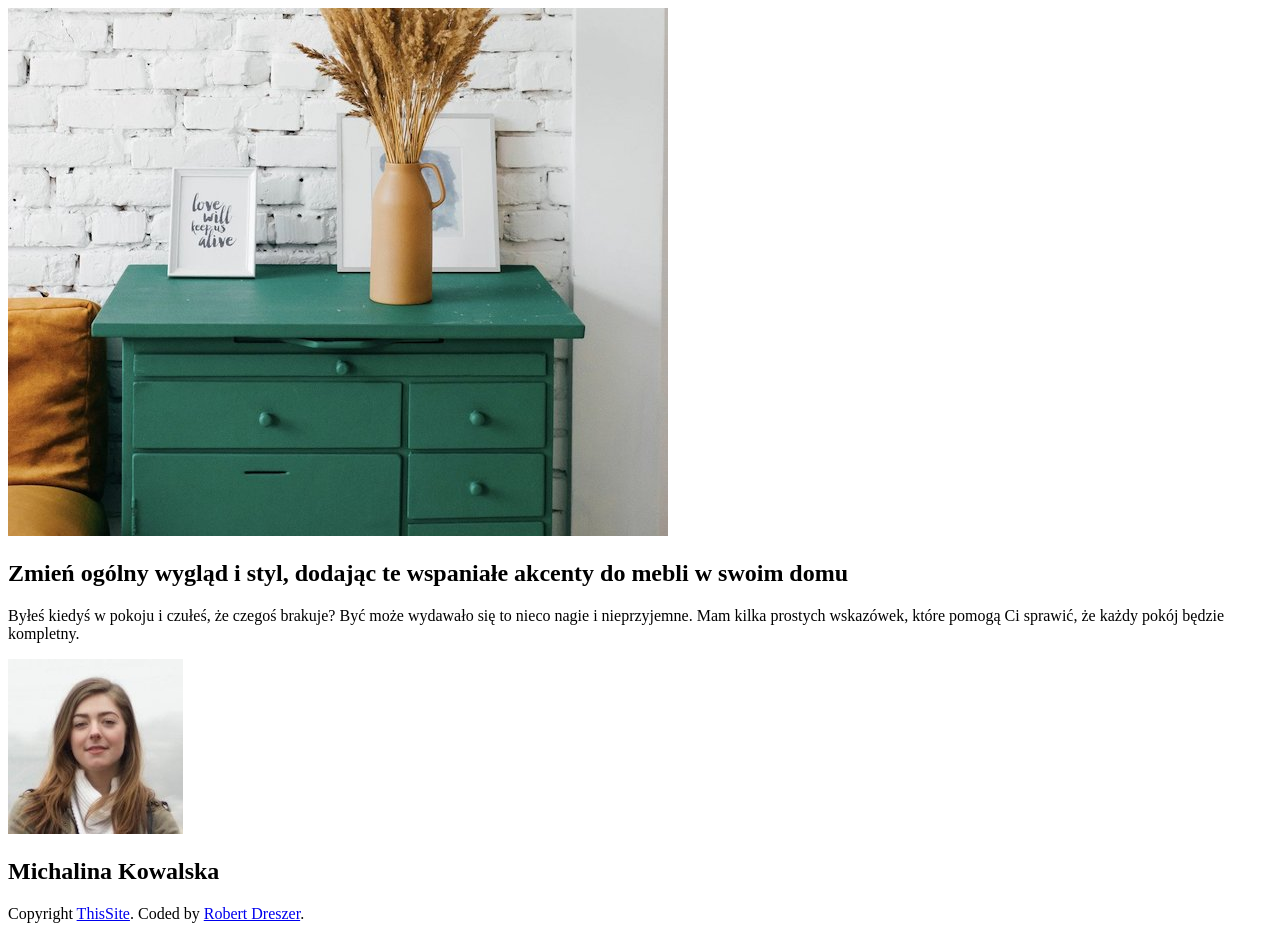
Repository: RobertDsr/komponent-podgl-du-produktu
Page: index.html
These files come from the project's save history. The page is drawn as it stood at one moment and after the next save; the edit follows.
The browser window is 1280 px wide. The pictures show the whole page.

Above is the page before, as saved 2022-07-14 11:02:08.

After the next save:
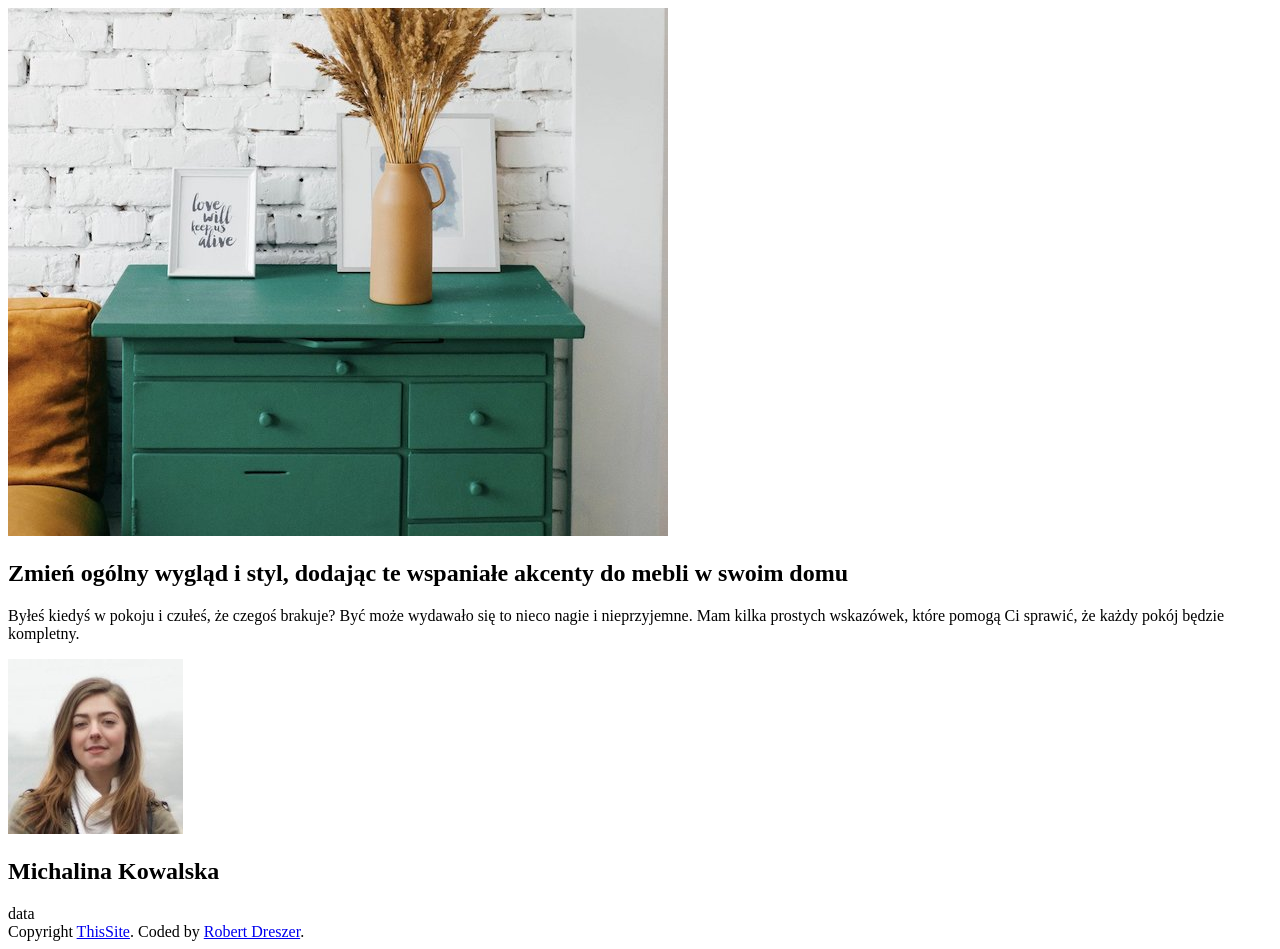
Saved 3 min 11 s later.
--- a/index.html
+++ b/index.html
@@ -18,7 +18,7 @@
       <div class="author">
         <img src="./images/avatar-michelle.jpg" alt="Michelle" class="imgAuthor">
         <h2 class="authorName">Michalina Kowalska</h2>
-
+        data
       </div>
     </section>
   </div>

After the save that followed:
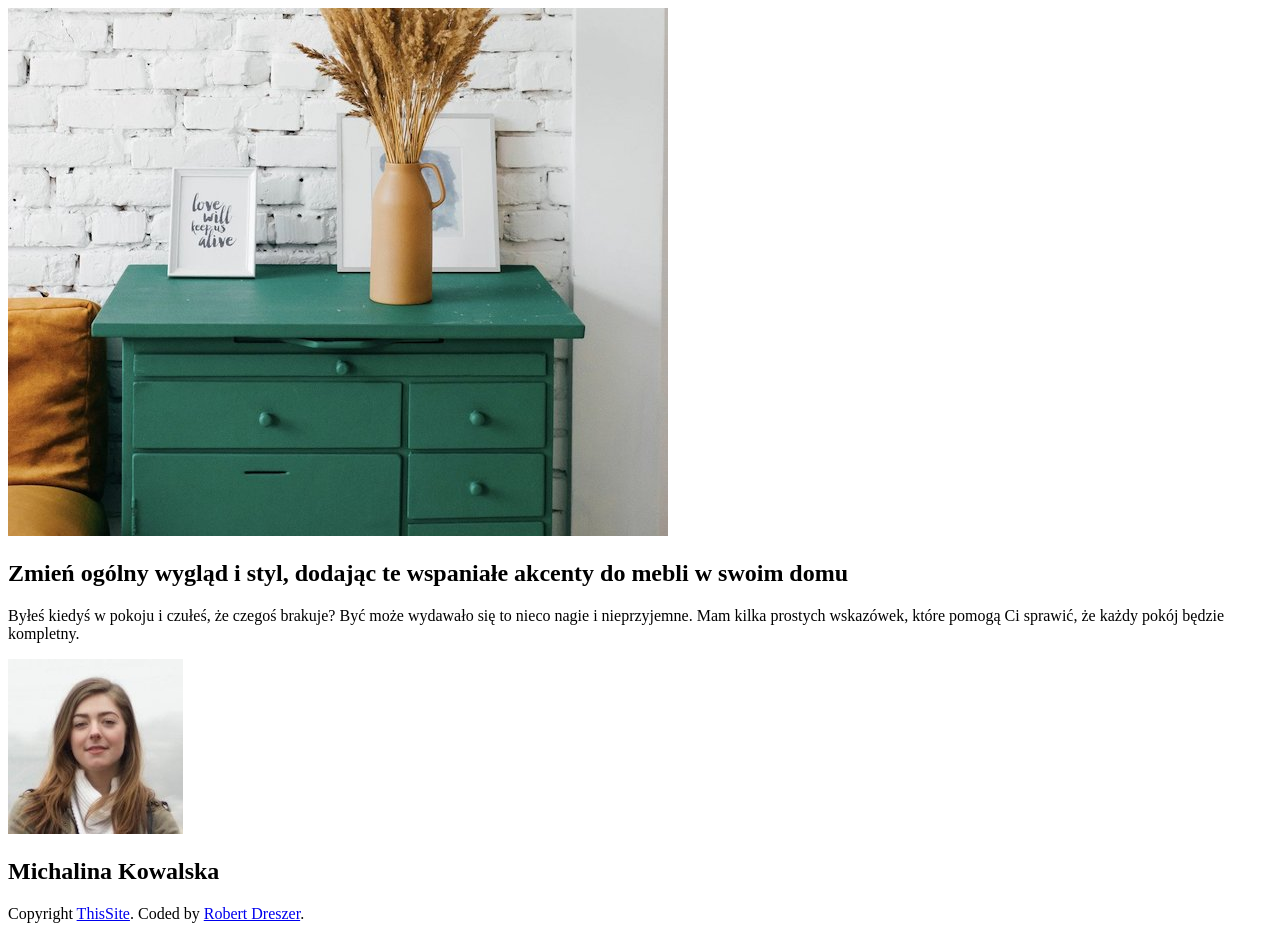
Saved 6 s later.
--- a/index.html
+++ b/index.html
@@ -18,7 +18,7 @@
       <div class="author">
         <img src="./images/avatar-michelle.jpg" alt="Michelle" class="imgAuthor">
         <h2 class="authorName">Michalina Kowalska</h2>
-        data
+
       </div>
     </section>
   </div>
